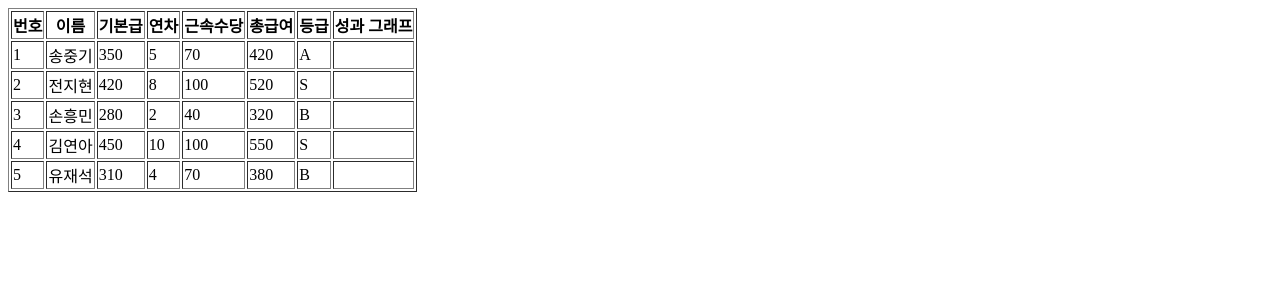
Repository: lhk21go-commits/Jsp2026
Page: http://localhost/chapter01/example_salary.jsp
The author's editor kept a copy of each file at every save. The page is drawn from the files as they stood at one save, then again after the next save.
The browser window is 1280 px wide. The pictures show the whole page.
The page is served by Tomcat 9.

Above is the page before, as saved 2026-10-18 23:56:31.

After the next save:
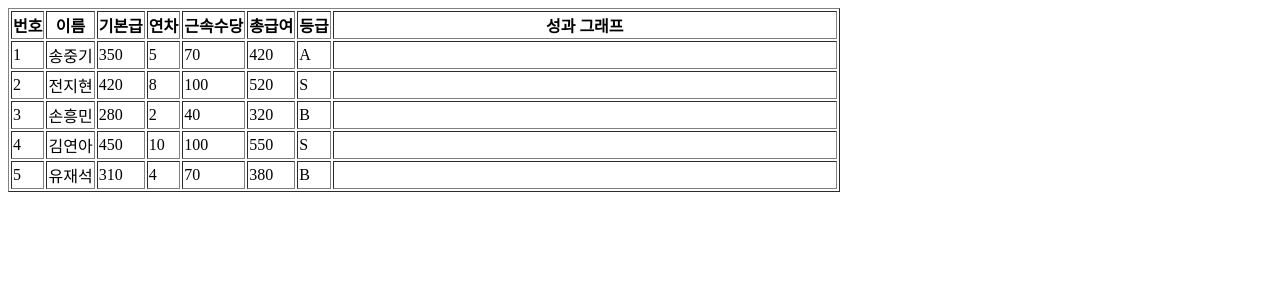
Saved 4 min 39 s later.
--- a/chapter01/src/main/webapp/example_salary.jsp
+++ b/chapter01/src/main/webapp/example_salary.jsp
@@ -56,7 +56,7 @@
 				<td><%=getBonus(years[i]) %></td>
 				<td><%=getTotalPay(basePays[i], bonus)%></td>
 				<td><%=getGrade(totalPay)%></td>
-				<td><div style=color:#fff3cd; width:<%=(totalPay-300)*2%>px></div></td>
+				<td><div style="background-color:#fff3cd; width:<%=(totalPay-300)*2%>px"></div></td>
 			</tr>
 	<%	}	%>
 

After the 2 saves that followed:
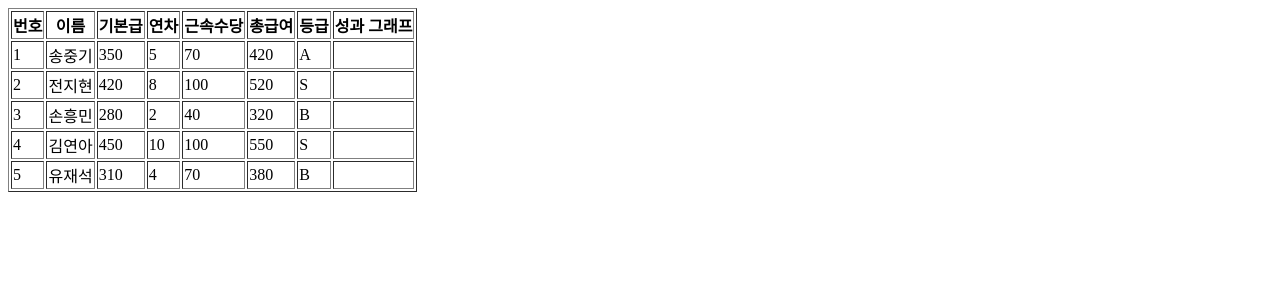
The 2 saves are shown as one change because 1 left the picture as it was.
The last was saved 56 s later.
--- a/chapter01/src/main/webapp/example_salary.jsp
+++ b/chapter01/src/main/webapp/example_salary.jsp
@@ -56,7 +56,7 @@
 				<td><%=getBonus(years[i]) %></td>
 				<td><%=getTotalPay(basePays[i], bonus)%></td>
 				<td><%=getGrade(totalPay)%></td>
-				<td><div style="background-color:#fff3cd; width:<%=(totalPay-300)*2%>px"></div></td>
+				<td><div style="background-color:"red"; width:<%=(totalPay-300)*2%>px"></div></td>
 			</tr>
 	<%	}	%>
 
